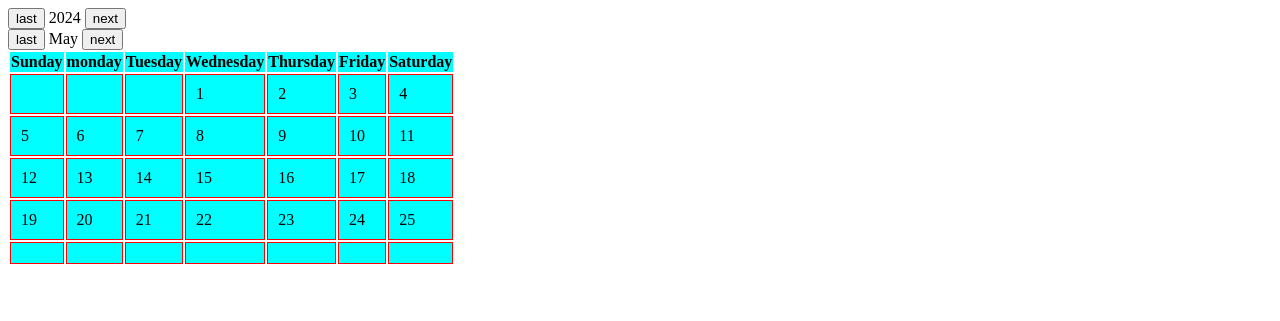
Repository: fateme81yosefi/calendar
Page: index.html
An editor plug-in stored every save of this project. The page is shown before and after a run of saves, followed by the edit.
The browser window is 1280 px wide. The pictures show the whole page.

Above is the page before, as saved 2024-05-30 23:05:21.

### index.html
<!DOCTYPE html>

<html>

<head>
  <title>calendar</title>
  <link rel="icon" type="image/x-icon" href="/images/fav.png">
  <link rel="stylesheet" href="styles.css">

</head>

<body>

  <div class="container-calendar">
    <div class="contain-year">
      <button onclick="decYear()">
        last </button>
      <span id="year"></span>
      <button onclick="incYear()"> next </button>

    </div>
    <div class="contain-month">
      <button onclick="dec()"> last </button>
      <span id="month"></span>
      <button onclick="increaseMonth()">next </button>
    </div>
    <table>
      <tr>
        <th>Sunday</th>
        <th>monday</th>
        <th>Tuesday</th>
        <th>Wednesday </th>
        <th>Thursday</th>
        <th>Friday</th>
        <th>Saturday</th>
      </tr>

      <tr>
        <td id="1-1"> </td>
        <td id="1-2"> </td>
        <td id="1-3"> </td>
        <td id="1-4"> </td>
        <td id="1-5"> </td>
        <td id="1-6"> </td>
        <td id="1-7"> </td>
      </tr>

      <tr>
        <td id="2-1"> </td>
        <td id="2-2"> </td>
        <td id="2-3"> </td>
        <td id="2-4"> </td>
        <td id="2-5"> </td>
        <td id="2-6"> </td>
        <td id="2-7"> </td>
      </tr>

      <tr>
        <td id="3-1"> </td>
        <td id="3-2"> </td>
        <td id="3-3"> </td>
        <td id="3-4"> </td>
        <td id="3-5"> </td>
        <td id="3-6"> </td>
        <td id="3-7"> </td>
      </tr>

      <tr>
        <td id="4-1"> </td>
        <td id="4-2"> </td>
        <td id="4-3"> </td>
        <td id="4-4"> </td>
        <td id="4-5"> </td>
        <td id="4-6"> </td>
        <td id="4-7"> </td>
      </tr>

      <tr>
        <td id="5-1"> </td>
        <td id="5-2"> </td>
        <td id="5-3"> </td>
        <td id="5-4"> </td>
        <td id="5-5"> </td>
        <td id="5-6"> </td>
        <td id="5-7"> </td>
      </tr>
    </table>
  </div>



  <script src="/scripts.js"></script>

</body>

</html>

### styles.css
tr{
    background-color: aqua;
    border: 1px solid red;
    padding: 10px;
    margin: 2px;
}
td{
    background-color: aqua;
    border: 1px solid red;
    padding: 10px;
    margin: 2px;
}

### scripts.js
const d = new Date();
m = d.getMonth()
y = d.getFullYear()
day = d.getDate()
weekday = d.getDay()
weekday++

function increaseMonth() {

    m = document.getElementById("month").innerHTML
    month = monthNameToNum(m)
    month++
    if (month >= 13) {
        incYear()
    }
    else {
        fillAllDay(month, y, dayCount)
        setMonth(month)
    }
}

function dec() {
    m = document.getElementById("month").innerHTML
    month = monthNameToNum(m)
    month--
    if (month < 1) {
        decYear()
    } else {
        fillAllDay(month, y, dayCount)
        setMonth(month)
    }

}

function incYear() {
    let yy = parseInt(document.getElementById("year").innerHTML);
    yy++;
    document.getElementById("year").innerHTML = yy;
    setYear(yy)
    fillAllDay(m, yy, dayCount)
}


function decYear() {
    let yy = parseInt(document.getElementById("year").innerHTML);
    yy--;
    document.getElementById("year").innerHTML = yy;
    setYear(yy)
    fillAllDay(m, yy, dayCount)
}


function setYear(y) {
    document.getElementById("year").innerHTML = y
}
function monthNameToNum(m) {
    switch (m) {
        case "January": return 1;
        case "February": return 2;
        case "March": return 3;
        case "April": return 4;
        case "May": return 5;
        case "June": return 6;
        case "July": return 7;
        case "August": return 8;
        case "September": return 9;
        case "October": return 10;
        case "November": return 11;
        case "December": return 12;
    }
}
function setMonth(m) {
    switch (m) {
        case 1: month = "January";
            break;
        case 2: month = "February";
            break;
        case 3: month = "March";
            break;
        case 4: month = "April";
            break;
        case 5: month = "May";
            break;
        case 6: month = "June";
            break;
        case 7: month = "July";
            break;
        case 8: month = "August";
            break;
        case 9: month = "September";
            break;
        case 10: month = "October";
            break;
        case 11: month = "November";
            break;
        case 12: month = "December";
            break;
    }
    document.getElementById("month").innerHTML = month

}

function findFirstDayMonth(m, y) {
    const date = new Date(y + "-" + m + "-" + 1)
    return date.getDay()
}

function calcDayCount(m) {
    switch (m + 1) {
        case 1: return 31;
        case 2: return 28;
        case 3: return 31;
        case 4: return 30;
        case 5: return 31;
        case 6: return 30;
        case 7: return 31;
        case 8: return 31;
        case 9: return 30;
        case 10: return 31;
        case 11: return 30;
        case 12: return 31;
    }
}

function fillAllDay(m, y, dayCount) {
    m++;

    var fd = findFirstDayMonth(m, y);
    fd++;

    let row = 1
    let col = fd
    for(let i=1; i<col; i++){
        const x = row + "-" + i;
        document.getElementById(x).innerHTML = ""
    }
    for (let i = 1; i <= dayCount; i++) {
        const x = row + "-" + col;
        document.getElementById(x).innerHTML = i;
        if (col >= 7) {
            col = 1;
            row++;
        } else {
            col++;
        }
        if (row >= 6) {
            row = 1;
        }
    }

    for(let i=1; i<col; i++){
        const x = row + "-" + i;
        document.getElementById(x).innerHTML = ""
    }
}

dayCount = calcDayCount(m + 1)

fillAllDay(m, y, dayCount)
setMonth(m + 1)
setYear(y)

After the next 3 saves:
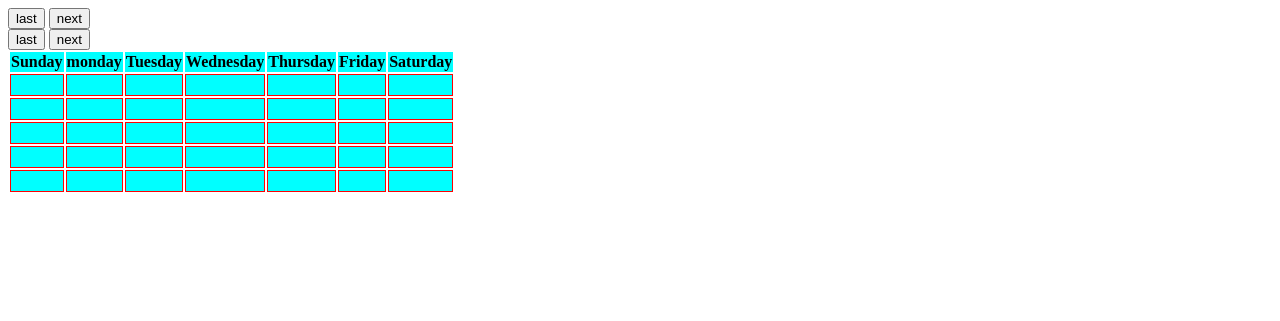
Console error: SyntaxError: Unexpected token ';'
The 3 saves are shown as one change because they came seconds apart.
The last was saved 50 s later.
--- a/scripts.js
+++ b/scripts.js
@@ -148,7 +148,7 @@
         }
     }
 
-    for(let i=1; i<col; i++){
+    for(let i=col+; i<; i++){
         const x = row + "-" + i;
         document.getElementById(x).innerHTML = ""
     }

After the 2 saves that followed:
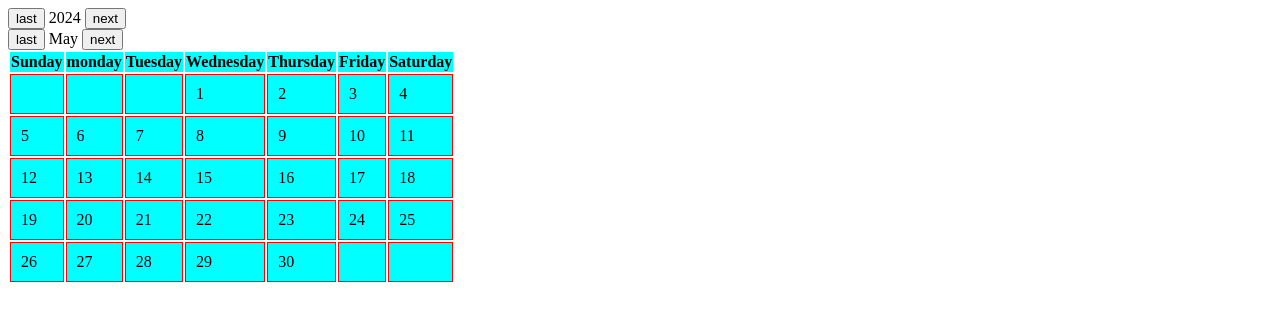
The error is gone.
The 2 saves are shown as one change because 1 left the picture as it was.
The last was saved 90 s later.
--- a/scripts.js
+++ b/scripts.js
@@ -148,7 +148,7 @@
         }
     }
 
-    for(let i=col+; i<; i++){
+    for(let i=col; i<=7; i++){
         const x = row + "-" + i;
         document.getElementById(x).innerHTML = ""
     }
